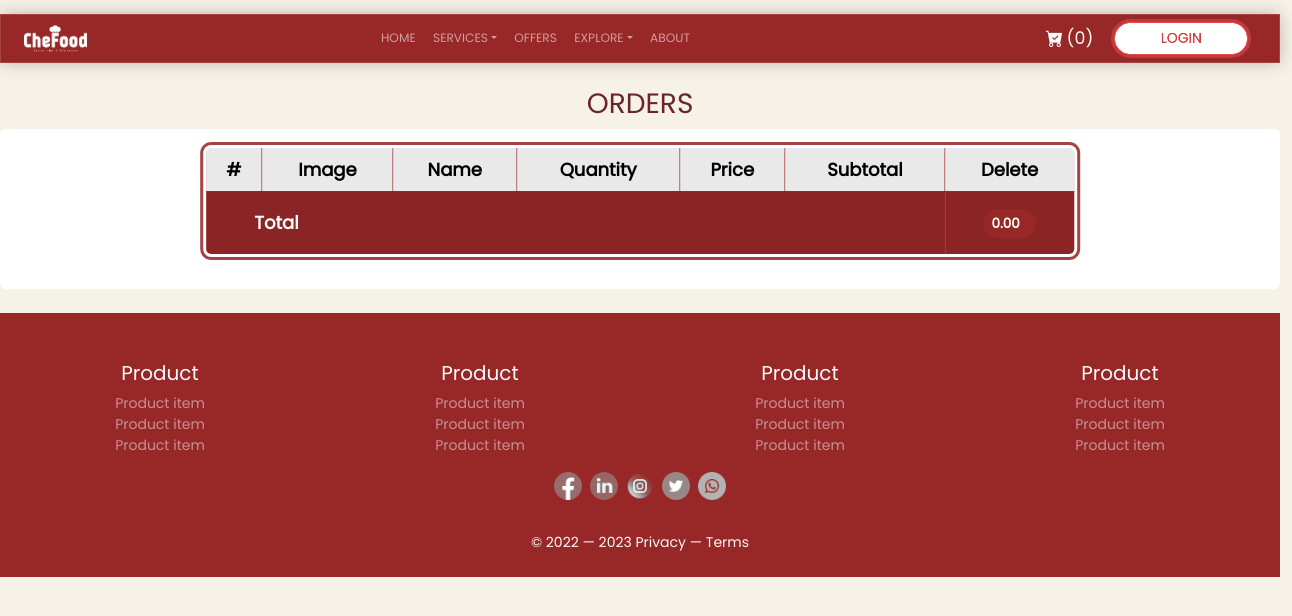
Repository: qamchamine/chefood
Page: /cart (app in front-end/)
An editor plug-in stored every save of this project. The page is shown before and after the next save, followed by the edit.
The browser window is 1280 px wide. The page is 1292 px wide, so the pictures cover 1292 px, including what lies to the right of the window. The pictures show the whole page.
The project was rebuilt for these pictures with package versions that can differ from the ones it lists, and the page was loaded fresh each time. Some packages were replaced by stand-ins written for this rebuild. Also part of the build but not shown: front-end/src/css/products.css, front-end/src/components/small_components/ProductCard.jsx, front-end/src/components/small_components/AddProduct.jsx, front-end/src/components/pages/sub-pages/Products.jsx, front-end/src/components/small_components/ButtonMain.jsx, front-end/src/components/small_components/HomeCard.jsx, front-end/src/components/small_components/HomeCardFullSection.jsx, front-end/src/components/pages/Home.jsx and 33 more. Imported but missing from the stored project, and not drawn on this page: front-end/src/sounds/applause.mp3, front-end/src/sounds/wheel.mp3.

Above is the page before, as saved 2023-06-25 20:41:46.

After the next save:
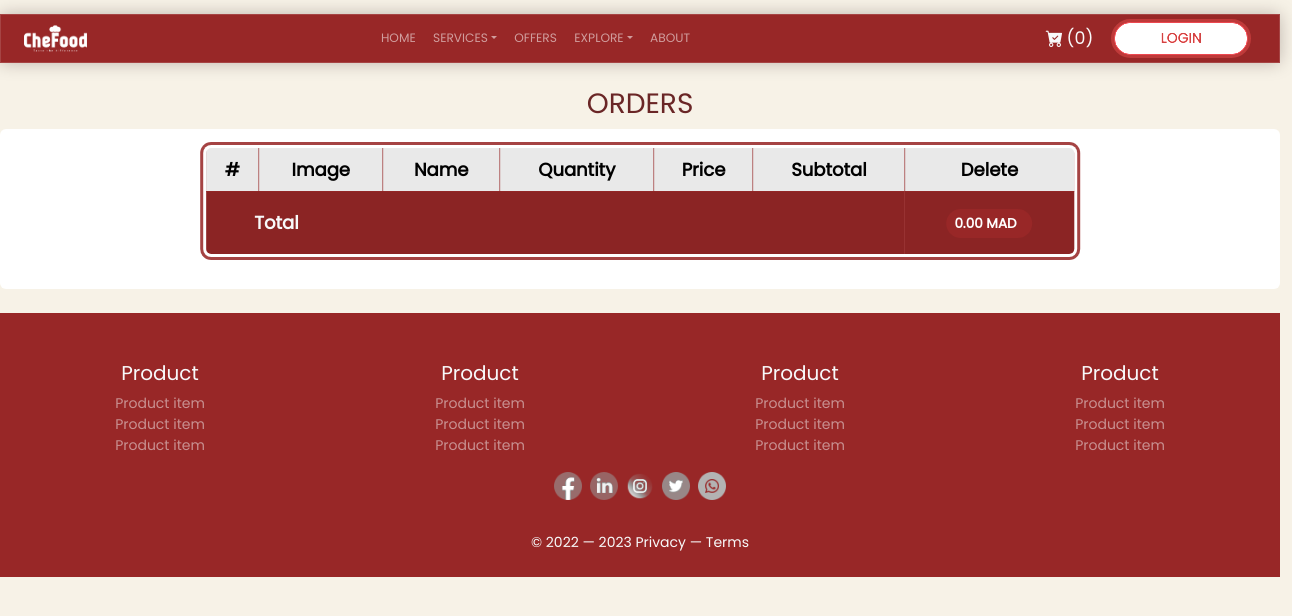
Saved 5 s later.
--- a/front-end/src/components/small_components/shopping/Cart.jsx
+++ b/front-end/src/components/small_components/shopping/Cart.jsx
@@ -76,7 +76,7 @@ export default function Cart() {
 
                                         {
                                             orders.reduce((acc,item) => acc += item.product_quantity * prod.find((el,i)=>el.id===item.product_id).price,0).toFixed(2)
-                                        }
+                                        } MAD
                                     </span>
                                 </th>
                             </tr>
